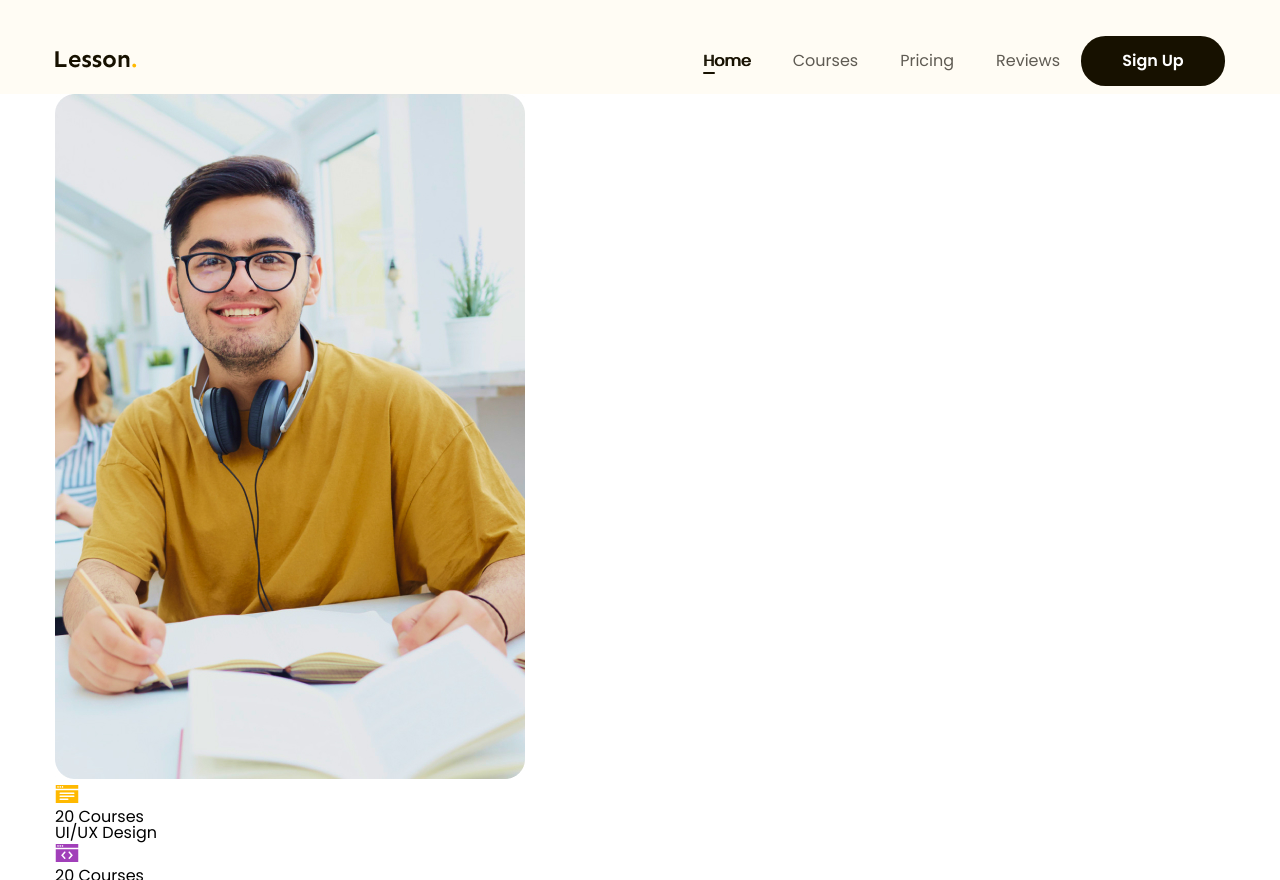
Repository: ynguyen1512/htmlcss-project-02
Page: index.html
An editor plug-in stored every save of this project. The page is shown before and after the next save, followed by the edit.
The browser window is 1280 px wide. The pictures show the part of the page from y = 0 to 880 px (the page is 5000 px tall).
A picture or video elsewhere on the page could not be fetched, so the positions and the page height are approximate.

Above is the page before, as saved 2023-02-20 20:16:26.

After the next save:
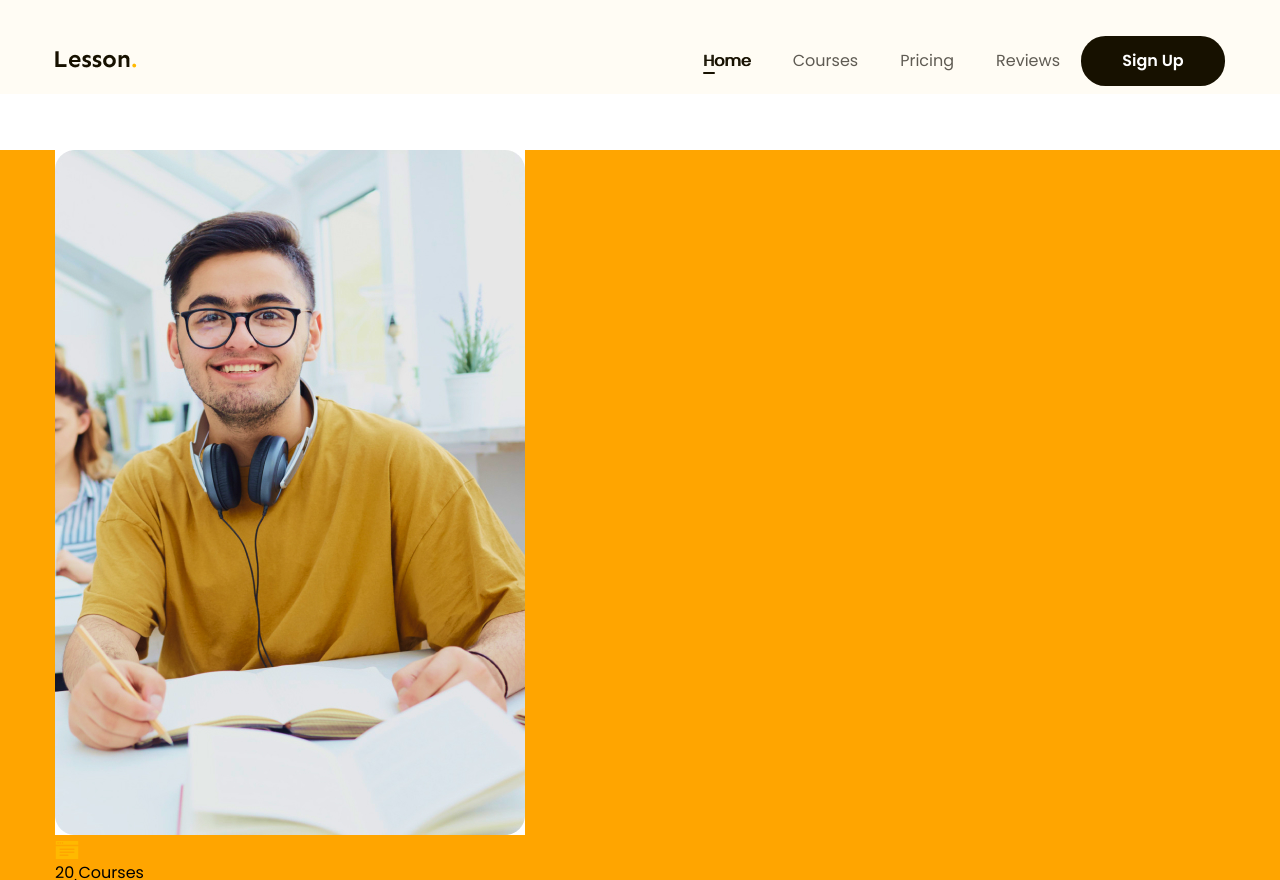
Saved 104 s later.
--- a/assets/css/style.css
+++ b/assets/css/style.css
@@ -93,3 +93,9 @@
 .header .sign-up-btn {
     min-width: 144px;
 }
+
+/* Hero */
+.hero {
+    margin-top: 56px;
+    background-color: orange;
+}
